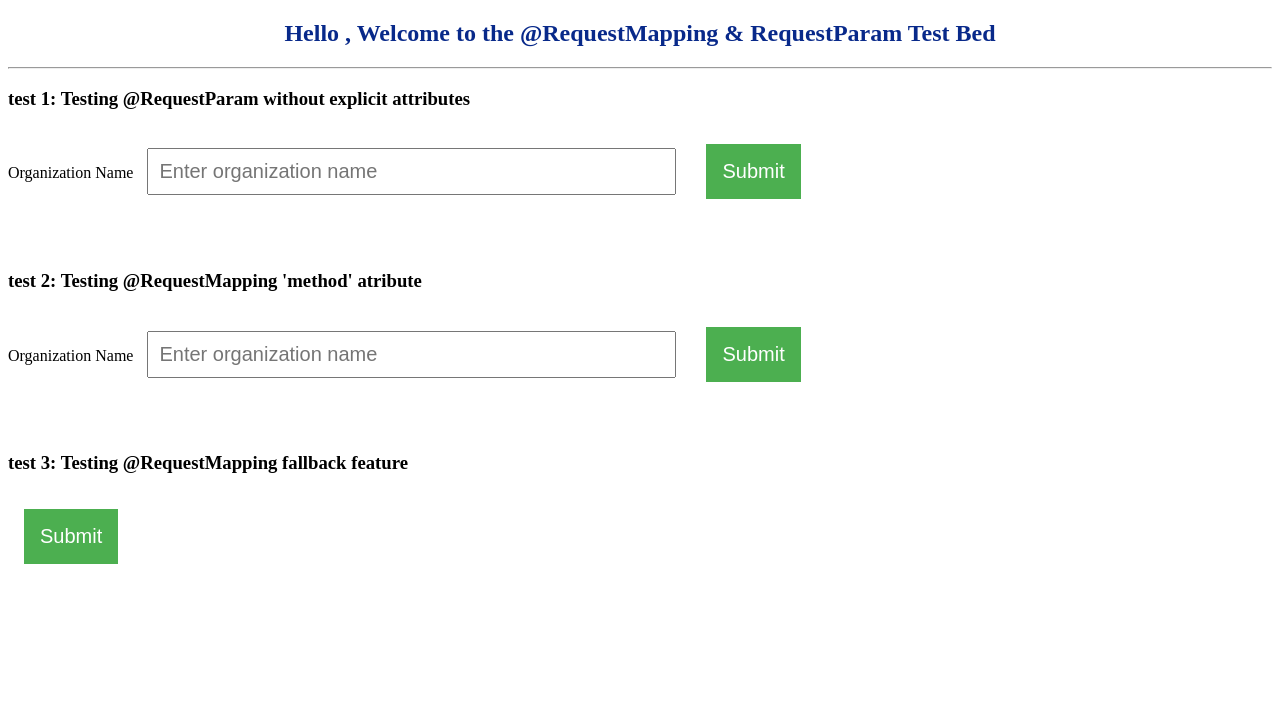
Repository: arrmixer/Java_Spring
Page: http://localhost/spring-mvc-model-attribute-demo/WEB-INF/views/requestMappingAndParamHome.jsp
The author's editor kept a copy of each file at every save. The page is drawn from the files as they stood at one save, then again after the next save.
The browser window is 1280 px wide. The pictures show the whole page.
The page is served by Tomcat 9. Nobody is signed in. The template is opened directly, without the code that normally fills it, so the values that code supplies are empty.

Above is the page before, as saved 2017-07-24 17:56:54.

After the next save:
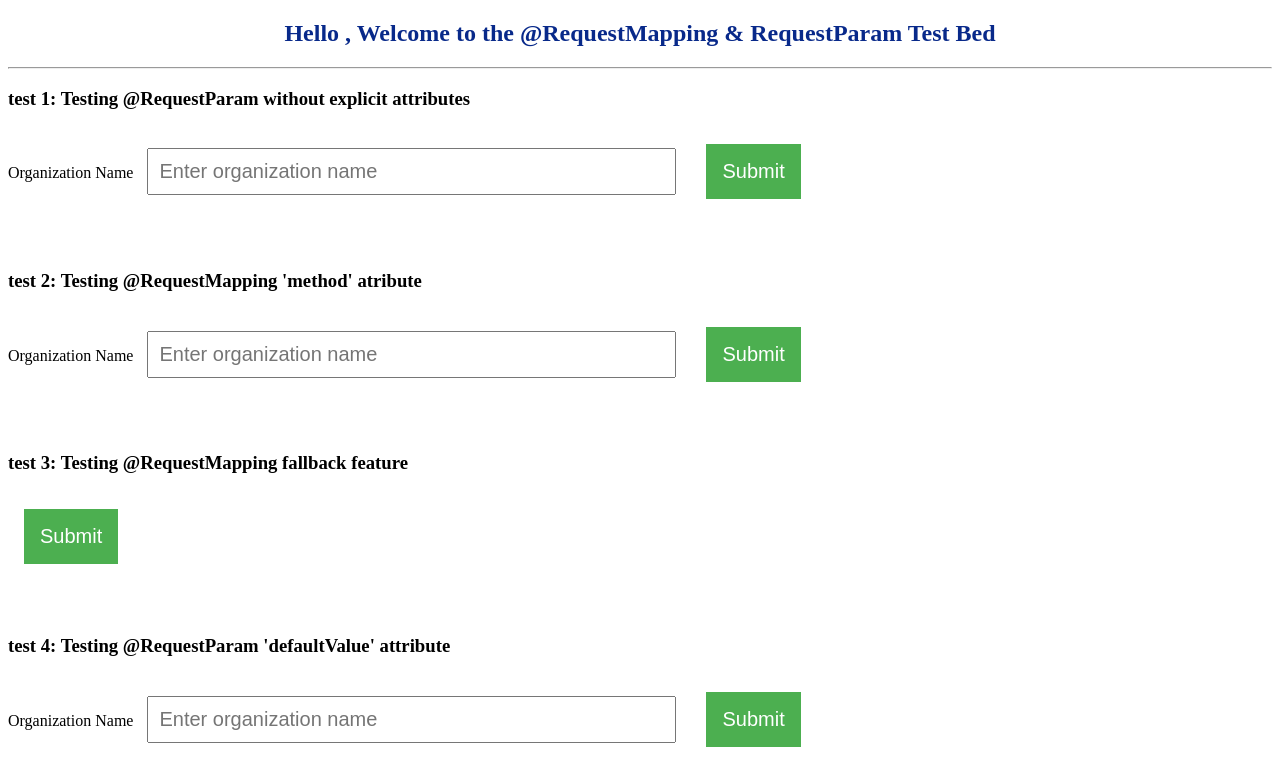
Saved 2 min 36 s later.
--- a/spring-mvc-model-attribute-demo/WebContent/WEB-INF/views/requestMappingAndParamHome.jsp
+++ b/spring-mvc-model-attribute-demo/WebContent/WEB-INF/views/requestMappingAndParamHome.jsp
@@ -50,6 +50,13 @@
 			<h3>test 3: Testing @RequestMapping fallback feature</h3>
 			<input type="submit" value="Submit"/>
 		</form>
+		<br/><br>
+		<form action="test4">
+			<h3>test 4: Testing @RequestParam 'defaultValue' attribute</h3>
+			<label id="organization-name">Organization Name</label>
+			<input type="text" name="orgName" placeholder="Enter organization name" size="40">
+			<input type="submit" value="Submit"/>
+		</form>
 	</div>
 </body>
 </html>
